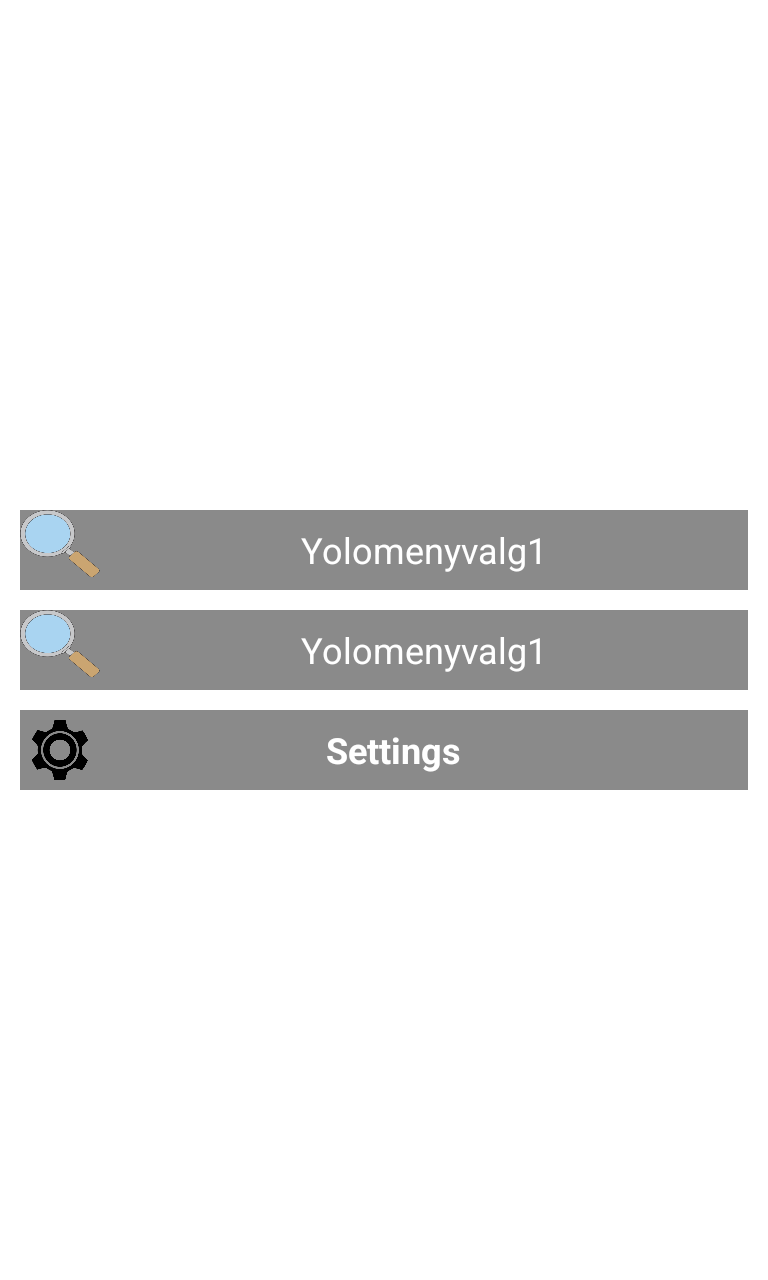
Repository: pumalove/workspace
Layout: MainActivity/res/layout/gridview.xml
These files come from the project's save history. The layout is drawn as it stood at one moment and after the next save; the edit follows.
It is drawn on a 768 x 1280 px phone screen (xhdpi) without system bars, with theme AppTheme; the app's code is not run. Lists and similar views that code fills are empty.

Above is the layout before, as saved 2014-03-18 11:15:13.

After the next save:
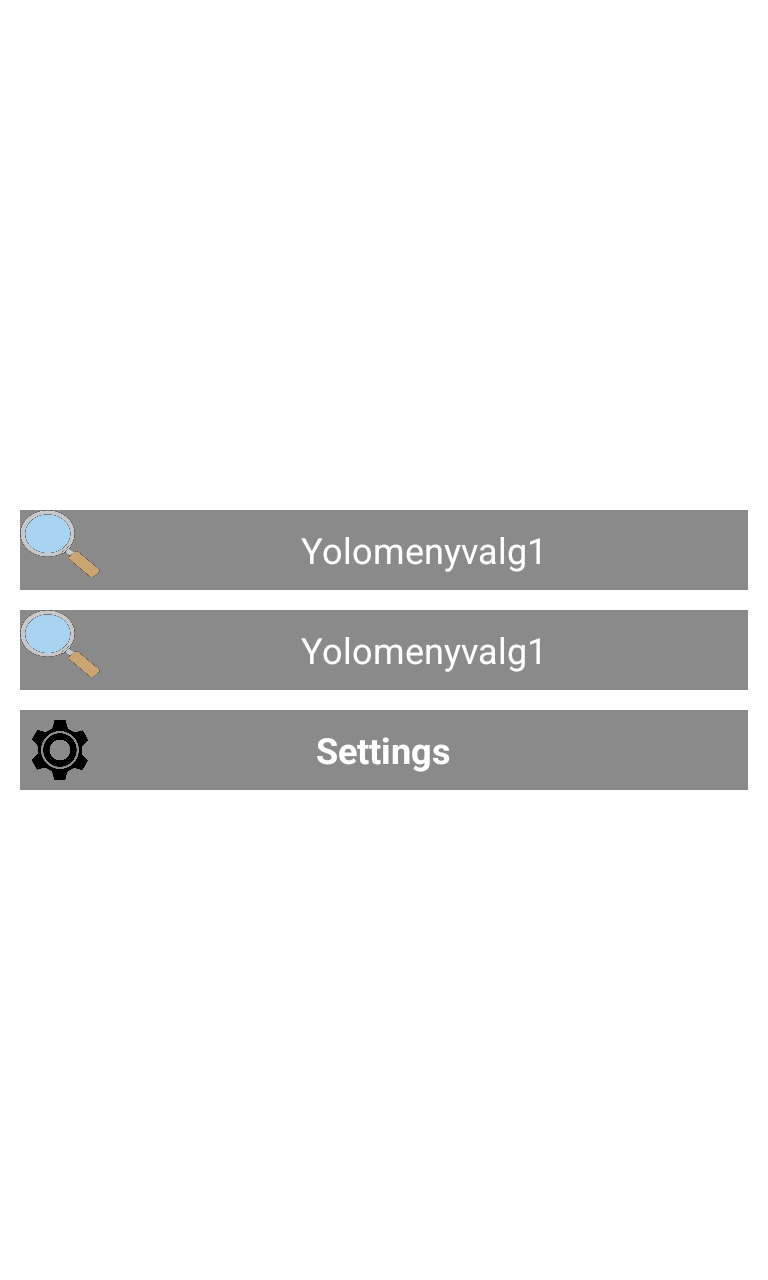
Saved 35 s later.
--- a/MainActivity/res/layout/gridview.xml
+++ b/MainActivity/res/layout/gridview.xml
@@ -134,7 +134,7 @@
                 	android:text="@string/action_settings"
                 	android:textColor="#FFFFFF"
                 	android:textSize="18dp"
-                	android:layout_marginRight="30dp"
+                	android:layout_marginRight="40dp"
                 	android:textStyle="bold"/>
 			</LinearLayout>
 
